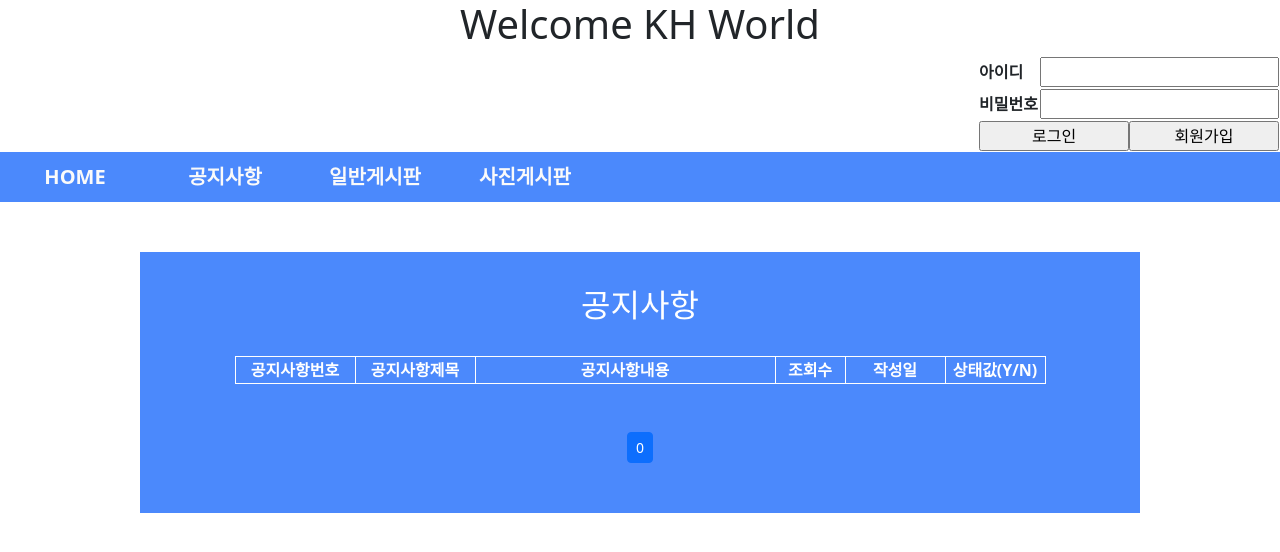
Repository: didwlwd/workspace
Page: http://localhost/jspProject/
An editor plug-in stored every save of this project. The page is shown before and after the next save, followed by the edit.
The browser window is 1280 px wide. The pictures show the whole page.
The page is served by Tomcat 10. Other server files are loaded and not shown. The template is opened directly, without the code that normally fills it, so the values that code supplies are empty.

Above is the page before, as saved 2025-02-27 11:20:44.

### 07_jsp/jspProject/src/main/webapp/index.jsp
<%@page import="com.kh.common.JDBCTemplate"%>
<%@ page language="java" contentType="text/html; charset=UTF-8"
    pageEncoding="UTF-8"%>
<!DOCTYPE html>
<html>
<head>
<meta charset="UTF-8">
<title>Insert title here</title>
</head>
<body>
	<%--
		C(insert)R(select)U(update)D(delete)
		*회원서비스
		로그인(r), 회원가입(c), 마이페이지(r), 정보수정(u), 회원탈퇴(u), 아이디중복체크(r)

		*공지사항
		공지사항목록조회(r), 상세조회(r), 게시글작성(c), 게시글수정(u), 게시글삭제(d)

		*일반게시판
		게시글목록조회(r), 상세조회(r), 게시글작성(c), 게시글수정(u), 게시글삭제(d), 댓글작성(c), 댓글목록조회(r)

		*사진게시판
		게시글작성-첨파일업로드(c), 게시판리스트조회(r), 상세조회(r)

	 --%>

	 <%-- JDBCTemplate.getConnection(); --%>

	 <%@ include file="views/common/menubar.jsp" %>
	 <jsp:forward page="views/board/boardannouncementController.jsp"/>
</body>
</html>

### 07_jsp/jspProject/src/main/webapp/views/common/menubar.jsp
<%@ page language="java" contentType="text/html; charset=UTF-8"
    pageEncoding="UTF-8"%>
<%@ taglib prefix="c" uri="http://java.sun.com/jsp/jstl/core" %>
<!DOCTYPE html>
<html>
<head>
    <meta charset="UTF-8">
    <meta name="viewport" content="width=device-width, initial-scale=1.0">
    <title>Insert title here</title>

    <!-- jQuery -->
    <script src="https://ajax.googleapis.com/ajax/libs/jquery/3.7.1/jquery.min.js"></script>

    <!-- 부트스트랩 5.3.3 -->
    <link href="https://cdn.jsdelivr.net/npm/bootstrap@5.3.3/dist/css/bootstrap.min.css" rel="stylesheet">
    <script src="https://cdn.jsdelivr.net/npm/bootstrap@5.3.3/dist/js/bootstrap.bundle.min.js"></script>

    <style>
        a{
            text-decoration: none;
            color: black;
        }
        .login-area > *{
            float: right;
        }

        .login-area input[type="button"],
        .login-area input[type="submit"]{
            width: 50%;
            float: left;
        }

        .nav-area{background: rgb(75, 137, 252);}
        .menu{
            display: table-cell;
            width: 150px;
            height: 50px;
        }

        .menu a{
            color: rgb(250, 250, 250);
            font-size: 20px;
            font-weight: bold;
            text-align: center;
            width: 100%;
            height: 100%;
            line-height: 50px;
            display: inline-block;
        }
    </style>
</head>
<body>
	<c:if test="${not empty alertMsg}">
		<script>
			alert("${alertMsg}")
		</script>
		<c:remove var="alertMsg" />
	</c:if>

    <h1 align="center">Welcome KH World</h1>
    <div class="login-area">
    	<c:choose>
    		<c:when test="${empty sessionScope.loginUser }">
		        <!-- 로그인 전 -->
		        <form action="${pageContext.request.contextPath}/login.me" method="post">
		            <table>
		                <tr>
		                    <th>아이디</th>
		                    <td><input type="text" name="userId" required></td>
		                </tr>
		                <tr>
		                    <th>비밀번호</th>
		                    <td><input type="password" name="userPwd" required></td>
		                </tr>
		                <tr>
		                    <th colspan="2">
		                        <input type="submit" value="로그인">
		                        <input type="button" value="회원가입" onclick="enrollPage();">
		                    </th>
		                </tr>
		            </table>
		        </form>
		        <script>
		        	function enrollPage(){
		        		//location.href= "${pageContext.request.contextPath}/views/member/memberEnrollForm.jsp";
		        		//웹 애플리케이션의 디렉토리구조가 url에 노출되면 보안에 취약

		        		location.href = "${pageContext.request.contextPath}/enrollForm.me";
		        		//단순한 페이지 요청도 servlet을 거쳐갈 것(즉, url에는 서블릿맵핑값만 나타나도록)
		        	}
		        </script>
	        </c:when>
	        <c:otherwise>
	        	<div>
	        		<b>${loginUser.userName}님</b>의 방문을 환영합니다. <br><br>
	        		<div>
	        			<a href="${pageContext.request.contextPath}/myPage.me">마이페이지</a>
	        			<a href="${pageContext.request.contextPath}/logout.me">로그아웃</a>
	        		</div>
	        	</div>
	        </c:otherwise>
        </c:choose>
    </div>

    <br clear="both">
    <div class="nav-area">
        <div class="menu"><a href="${pageContext.request.contextPath}">HOME</a></div>
        <div class="menu"><a href="${pageContext.request.contextPath}/anno.bo?epage=1">공지사항</a></div>
        <div class="menu"><a href="${pageContext.request.contextPath}/list.bo?cpage=1">일반게시판</a></div>
        <div class="menu"><a href="">사진게시판</a></div>
    </div>
</body>
</html>

### 07_jsp/jspProject/src/main/webapp/views/board/boardannouncementController.jsp
<%@ page language="java" contentType="text/html; charset=UTF-8"
    pageEncoding="UTF-8"%>
<!DOCTYPE html>
<html>
<head>
<meta charset="UTF-8">
<meta name="viewport" content="width=device-width, initial-scale=1.0">
<title>Insert title here</title>

<style>
    .outer{
		background: #4b89fc;
		color: white;
		width: 1000px;
		margin: auto;
		margin-top: 50px;
		padding: 10px 0px 50px ;
	}

    .list-area{
        border: 1px solid white;
        text-align: center;
    }

    .list-area tbody tr:hover{
        background: #8fb4fa;
        cursor: pointer;
        font-size: 18px;
    }

    .list-area td, .list-area th{
        border: 1px solid white;
    }


</style>
</head>
<body>
	<%@ include file="../common/menubar.jsp" %>

    <div class="outer">
        <br>
        <h2 align="center">공지사항</h2>
        <br>

        <table align="center" class="list-area">
            <thead>
                <th width="120">공지사항번호</th>
                <th width="120">공지사항제목</th>
                <th width="300">공지사항내용</th>
                <th width="70">조회수</th>
                <th width="100">작성일</th>
                <th width="100">상태값(Y/N)</th>
            </thead>
            <tbody>
               <c:forEach var="b" items="${list}">
	               <tr>
	                    <td>${b.boardNo }</td>
	                    <td>${b.categoryName}</td>
	                    <td>${b.boardTitle}</td>
	                    <td>${b.userId}</td>
	                    <td>${b.count}</td>
	                    <td>${b.createDate}</td>
	                </tr>
               </c:forEach>

            </tbody>
        </table>

        <br><br>

        <div align="center">
        	<c:if test="${pi.currentPage > 1 }">
            	<button class="btn btn-sm btn-primary"onclick="location.href='${pageContext.request.contextPath}/list.bo?cpage=${pi.currentPage - 1}'">&lt;이전</button>
            </c:if>

            <c:forEach var="p" begin="${pi.startPage}" end="${pi.endPage}">
            	<c:choose>
            		<c:when test="${p == pi.currentPage }">
            			<button class="btn btn-sm btn-primary" disabled>${p}</button>
            		</c:when>
            		<c:otherwise>
            			<button class="btn btn-sm btn-primary" onclick="location.href='${pageContext.request.contextPath}/list.bo?cpage=${p}'">${p}</button>
            		</c:otherwise>
            	</c:choose>
            </c:forEach>

            <c:if test="${pi.currentPage < pi.maxPage}">
            	<button class="btn btn-sm btn-primary" onclick="location.href='${pageContext.request.contextPath}/list.bo?cpage=${pi.currentPage + 1}'">다음&gt;</button>
            </c:if>


        </div>
    </div>
</body>
</html>

After the next save:
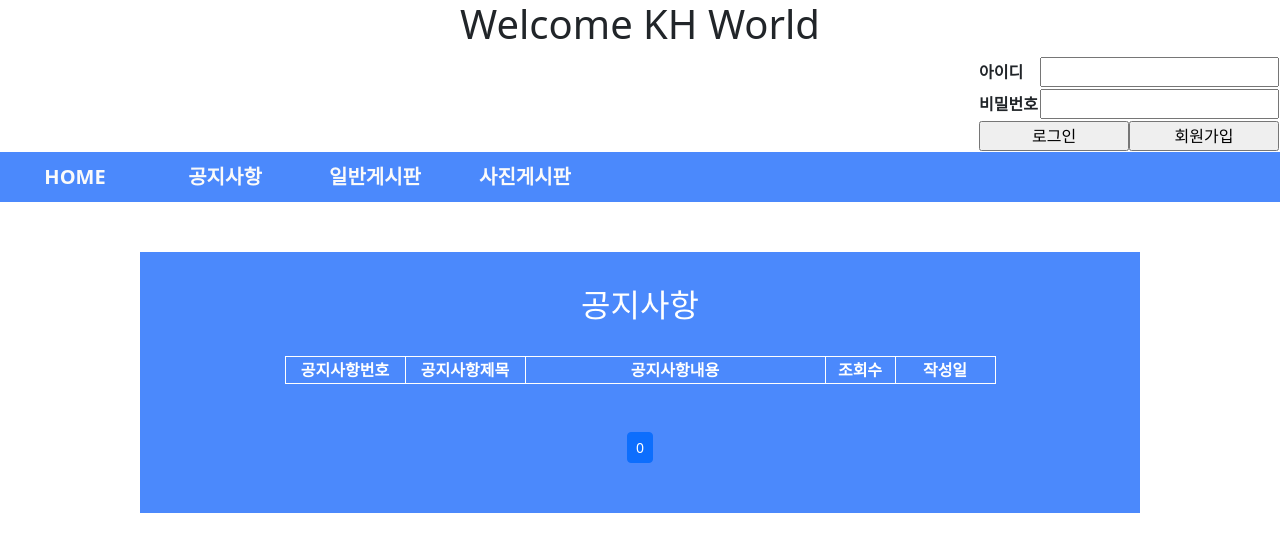
Saved 10 s later.
--- a/07_jsp/jspProject/src/main/webapp/views/board/boardannouncementController.jsp
+++ b/07_jsp/jspProject/src/main/webapp/views/board/boardannouncementController.jsp
@@ -50,7 +50,6 @@
                 <th width="300">공지사항내용</th>
                 <th width="70">조회수</th>
                 <th width="100">작성일</th>
-                <th width="100">상태값(Y/N)</th>
             </thead>
             <tbody>
                <c:forEach var="b" items="${list}">
